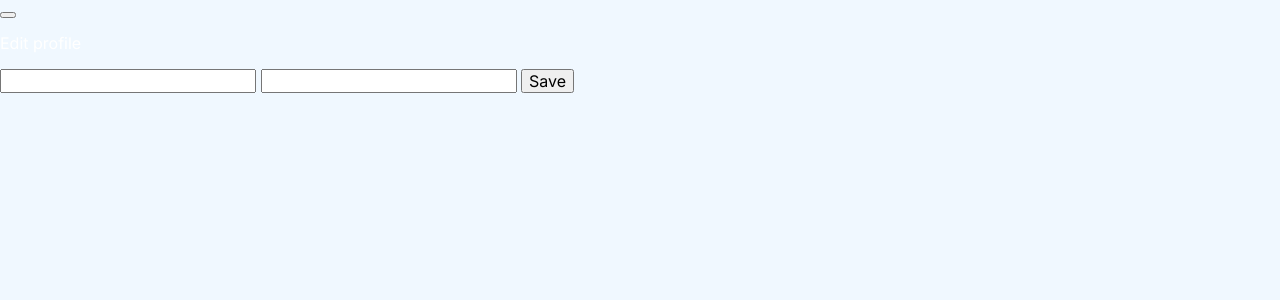
Repository: luisbaezx/se_project_aroundtheus
Page: index.html
These files come from the project's save history. The page is drawn as it stood at one moment and after the next save; the edit follows.
The browser window is 1280 px wide. The pictures show the window.
A layer covers the whole window, so only the first screen is drawn.

Above is the page before, as saved 2024-09-15 14:43:20.

After the next save:
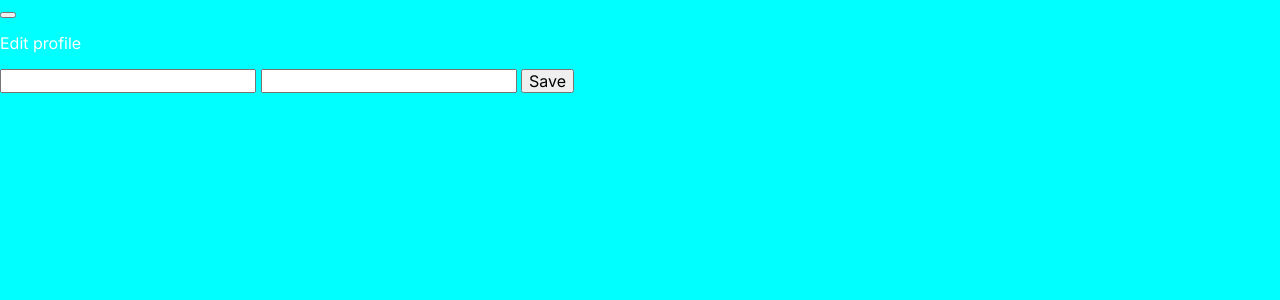
Saved 89 s later.
--- a/blocks/modal.css
+++ b/blocks/modal.css
@@ -4,10 +4,12 @@
   left: 0;
   bottom: 0;
   right: 0;
-  background-color: aliceblue;
+  background-color: aqua;
   z-index: 999;
   display: flex;
 }
 
 .modal__countainer {
+  background-color: #fff;
+  margin: auto;
 }
